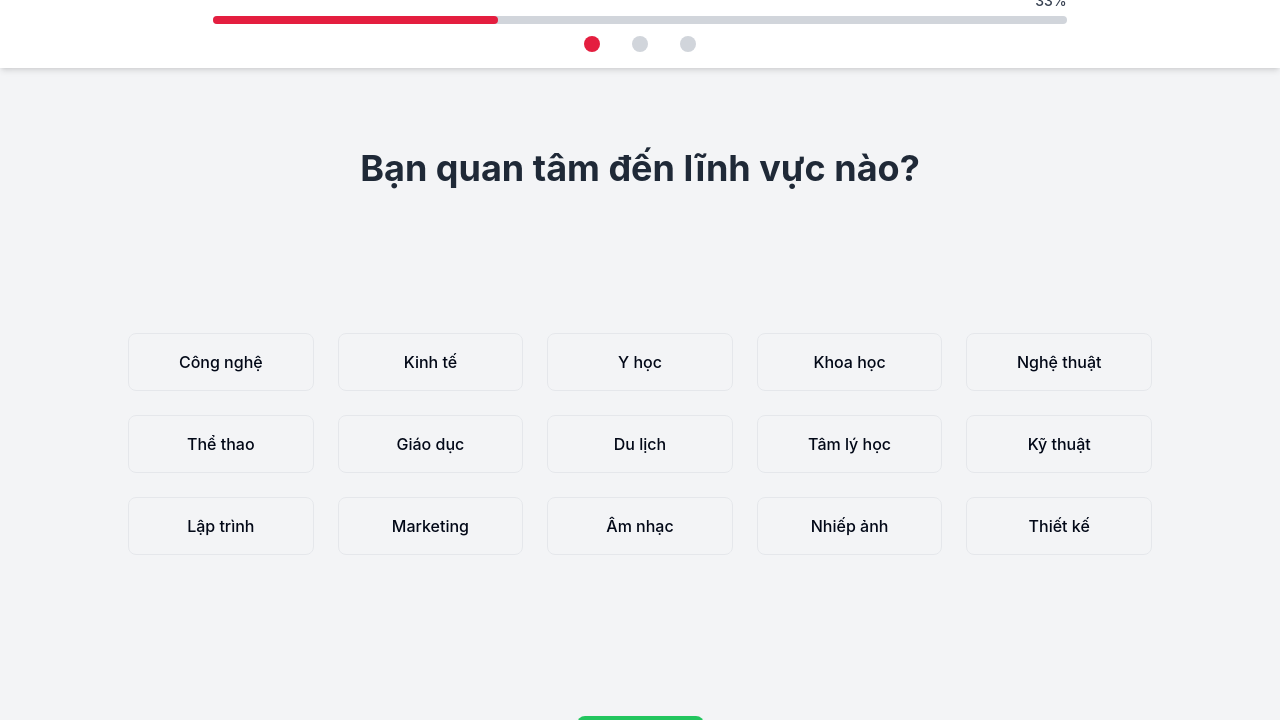
Repository: nguyenbathevien/KLTN
Page: /survey/step1 (app in FE/client/)
An editor plug-in stored every save of this project. The page is shown before and after the next save, followed by the edit.
The browser window is 1280 px wide. The pictures show the whole page.
The page's requests for data from a server got no answer. An inner scrolling area shows only its first screen. The project was rebuilt for these pictures with package versions that can differ from the ones it lists, and the page was loaded fresh each time. No one was signed in, and anything a server would have sent is missing. Also part of the build but not shown: FE/client/vite.config.js, FE/client/src/components/common/Header/Header.jsx, FE/client/src/components/common/Footer/Footer.jsx, FE/client/src/components/common/Layout/TeacherLayout.jsx, FE/client/src/pages/teacher/DashboardTeacher.jsx, FE/client/src/pages/teacher/CourseManagement.jsx, FE/client/src/pages/teacher/Statistics.jsx, FE/client/src/pages/teacher/Profile.jsx and 22 more.

Above is the page before, as saved 2025-03-14 09:11:51.

### FE/client/src/main.jsx
import { StrictMode } from "react";
import { createRoot } from "react-dom/client";
import "./index.css";
import App from "./App.jsx";
import "./auth.css";
import "./swiper.css";

createRoot(document.getElementById("root")).render(
  <StrictMode>
    <App />
  </StrictMode>
);

### FE/client/src/App.jsx
import { BrowserRouter as Router, Routes, Route } from "react-router-dom";
import TeacherRoutes from "./routes/TeacherRoutes";
import StudentRoutes from "./routes/StudentRoutes";
import PublicRoutes from "./routes/PublicRoutes";
import Verify from "./pages/auth/Verify";
import { ToastContainer } from "react-toastify";
import { AuthProvider } from "./contexts/AuthContext";
import ScrollToTop from "./components/common/Layout/ScrollToTop";

import SurveyRoutes from "./routes/SurveyRoutes";
// import PrivateRoute from "./routes/PrivateRoute";

function App() {
  return (
    <AuthProvider>
      <Router>
        <ScrollToTop />
        <Routes>
          {/* Route public */}
          <Route path="/*" element={<PublicRoutes />} />

          {/* Route dashboard student */}
          <Route path="/student/*" element={<StudentRoutes />} />

          <Route path="/verify" element={<Verify />} />
          <Route path="/survey/*" element={<SurveyRoutes />} />
          {/* Thêm route cho giảng viên với PrivateRoute */}
          <Route
            path="/instructor/*"
            element={
              // <PrivateRoute> dòng này để bảo vệ dashboard teacer phải đăng nhập thì mới vào được( giờ tạm tắt để css )
              <TeacherRoutes />
              // </PrivateRoute>
            }
          />
        </Routes>
      </Router>
      <ToastContainer />
    </AuthProvider>
  );
}

export default App;

### FE/client/src/auth.css
/* Auth Container */
.auth-container {
  @apply min-h-screen flex;
}

/* Auth Slider */
.auth-slider {
  @apply hidden lg:block lg:w-1/2 relative overflow-hidden bg-primary;
}

/* Auth Form Container */
.auth-form-container {
  @apply w-full lg:w-1/2 flex flex-col justify-center px-4 sm:px-6 lg:px-8 py-12 bg-background;
}

/* Auth Form Box */
.auth-form-box {
  @apply w-full max-w-md mx-auto bg-card p-8 rounded-sm shadow-sm;
}

/* Auth Title */
.auth-title {
  @apply text-2xl md:text-3xl font-bold text-foreground text-center mb-2;
}

/* Auth Subtitle */
.auth-subtitle {
  @apply text-sm text-accent text-center mb-8;
}

/* Form Input */
.form-input {
  @apply w-full px-4 py-2 border border-input rounded-sm
         focus:outline-none focus:ring-2 focus:ring-primary focus:border-transparent
         placeholder-accent/60;
}

/* Form Error */
.form-error {
  @apply text-destructive text-sm mt-1;
}

/* Social Buttons */
.btn-social {
  @apply w-full flex items-center justify-center px-4 py-2
         border border-input rounded-sm text-sm font-medium
         text-foreground bg-card hover:bg-secondary
         transition-colors duration-200;
}

/* Primary Button */
.btn-primary {
  @apply w-full px-4 py-2 bg-primary text-primary-foreground
         rounded-sm font-medium hover:bg-primary/90
         transition-colors duration-200
         disabled:opacity-50 disabled:cursor-not-allowed;
}

/* Divider */
.auth-divider {
  @apply relative my-6;
}

.auth-divider::before {
  content: "";
  @apply absolute inset-0 flex items-center;
}

.auth-divider::before {
  @apply w-full border-t border-input;
}

.auth-divider-text {
  @apply relative flex justify-center text-sm text-accent;
}

.auth-divider-text span {
  @apply px-2 bg-card;
}

/* Links */
.auth-link {
  @apply text-primary hover:text-primary/90 transition-colors duration-200;
}

/* Form Group */
.form-group {
  @apply space-y-1;
}

/* Terms Text */
.terms-text {
  @apply text-xs text-accent text-center mt-6;
}

/* Login Link Container */
.login-link-container {
  @apply text-center text-sm text-accent mt-6;
}

/* Slide Content */
.slide-content {
  @apply max-w-xl text-center px-4;
}

.slide-title {
  @apply text-2xl md:text-4xl font-bold text-white mb-4;
}

.slide-description {
  @apply text-base md:text-xl text-white/90;
}

/* Animation Classes */
.fade-in {
  @apply animate-fade-in;
}

.slide-up {
  @apply animate-slide-up;
}

/* Responsive Adjustments */
@screen sm {
  .auth-form-box {
    @apply p-10;
  }
}

@screen md {
  .auth-form-container {
    @apply px-8;
  }
}

@screen lg {
  .auth-form-container {
    @apply px-12;
  }
}
/* trang verify */
.text-primary {
  color: #e41e3f;
}

.bg-primary {
  background-color: #e41e3f;
}

.hover\:bg-primary\/90:hover {
  background-color: rgba(228, 30, 63, 0.9);
}

.border-primary {
  border-color: #e41e3f;
}

.bg-primary\/10 {
  background-color: rgba(228, 30, 63, 0.1);
}

/* Animation cho input khi focus */
@keyframes pulse {
  0% {
    box-shadow: 0 0 0 0 rgba(228, 30, 63, 0.4);
  }
  70% {
    box-shadow: 0 0 0 4px rgba(228, 30, 63, 0);
  }
  100% {
    box-shadow: 0 0 0 0 rgba(228, 30, 63, 0);
  }
}

input:focus {
  animation: pulse 1.5s infinite;
}
/* ----------------- */

### FE/client/src/contexts/AuthContext.jsx
import React, { createContext, useContext, useState, useEffect } from "react";
import { toast } from "react-toastify";
import { getCurrentUser, login, logout } from "../services/auth.services";

// Tạo AuthContext
const AuthContext = createContext();

// Provider quản lý xác thực
export const AuthProvider = ({ children }) => {
  const [user, setUser] = useState(null);
  const [loading, setLoading] = useState(true);

  // Gọi API login và cập nhật user
  const handleLogin = async (data) => {
    try {
      const userData = await login(data);
      setUser(userData);
    } catch (error) {
      console.error(error);
    }
  };

  // Gọi API logout
  const handleLogout = async () => {
    try {
      await logout();
      setUser(null);
    } catch (error) {
      console.error(error);
    }
  };

  // Lấy thông tin user khi load trang
  useEffect(() => {
    const fetchUser = async () => {
      try {
        const currentUser = await getCurrentUser();
        setUser(currentUser);
      } catch (error) {
        setUser(null);
      } finally {
        setLoading(false);
      }
    };

    fetchUser();
  }, []);

  return (
    <AuthContext.Provider value={{ user, loading, handleLogin, handleLogout }}>
      {children}
    </AuthContext.Provider>
  );
};

// Custom hook để sử dụng AuthContext
export const useAuth = () => {
  return useContext(AuthContext);
};

### FE/client/src/components/common/Layout/ScrollToTop.js
import { useEffect } from "react";
import { useLocation } from "react-router-dom";

const ScrollToTop = () => {
  const { pathname } = useLocation();

  useEffect(() => {
    window.scrollTo(0, 0, { behavior: "smooth" });
  }, [pathname]);

  return null;
};

export default ScrollToTop;

### FE/client/src/routes/SurveyRoutes.jsx
import { Route, Routes } from "react-router-dom";
import DashboardLayout from "../components/common/Layout/SurveyLayout";
import SurveyStep1 from "../pages/survay/SurveyStep1";
import SurveyStep2 from "../pages/survay/SurveyStep2";
import SurveyStep3 from "../pages/survay/SurveyStep3";

const SurveyRoutes = () => {
  return (
    <DashboardLayout>
      <Routes>
        <Route path="step1" element={<SurveyStep1 />} />
        <Route path="step2" element={<SurveyStep2 />} />
        <Route path="step3" element={<SurveyStep3 />} />
      </Routes>
    </DashboardLayout>
  );
};
export default SurveyRoutes;

### FE/client/src/services/auth.services.js
import { toast } from "react-toastify";
import http from "../../config/http";

export const login = async (data) => {
  try {
    const response = await http.post("/login", data);
    localStorage.setItem("token", response.data.data);
    toast.success("Login successfully", {
      autoClose: 1000,
      onClose: () => {
        window.location.href = "/";
      },
    });
    return response.data.data;
  } catch (error) {
    toast.error("Login failed", {
      autoClose: 1000,
    });
    throw error.response.data;
  }
};

export const register = async (data) => {
  try {
    await http.post("/user", data);
    toast.success("Register successfully", {
      autoClose: 1000,
      onClose: () => {
        window.location.href = "/login";
      },
    });
  } catch (error) {
    toast.error("Register failed", {
      autoClose: 1000,
    });
    throw error.response.data;
  }
};

export const logout = async () => {
  try {
    localStorage.removeItem("token");
    toast.success("Logout successfully", {
      autoClose: 1000,
      onClose: () => {
        window.location.href = "/";
      },
    });
  } catch (error) {
    toast.error("Logout failed", {
      autoClose: 1000,
    });
    throw error.response.data;
  }
};

export const getCurrentUser = async () => {
  try {
    const token = localStorage.getItem("token");
    if (!token) {
      return null;
    }
    const response = await http.get("/account", {
      headers: {
        Authorization: `Bearer ${token}`,
      },
    });
    return response.data.data;
  } catch (error) {
    throw error.response.data;
  }
};

### FE/client/src/components/common/Layout/SurveyLayout.jsx
import { Link, useLocation } from "react-router-dom";
import { motion } from "framer-motion";

const steps = [
  { id: 1, path: "/survey/step1" },
  { id: 2, path: "/survey/step2" },
  { id: 3, path: "/survey/step3" },
];

const DashboardLayout = ({ children }) => {
  const location = useLocation(); // Lấy URL hiện tại

  // Xác định bước hiện tại dựa trên pathname
  const currentStepIndex = steps.findIndex(
    (step) => step.path === location.pathname
  );
  const progressPercentage = ((currentStepIndex + 1) / steps.length) * 100; // Tính phần trăm hoàn thành

  return (
    <div className="flex flex-col h-screen bg-gray-100">
      {/* Thanh điều hướng ngang */}
      <nav className="w-full bg-white shadow-md flex flex-col items-center py-4">
        {/* Hiển thị tiến trình */}
        <div className="w-2/3 bg-gray-300 h-2 rounded-full mb-3 relative">
          <motion.div
            className="bg-primary h-2 rounded-full"
            initial={{ width: "0%" }}
            animate={{ width: `${progressPercentage}%` }}
            transition={{ duration: 0.5 }}
          />
          <span className="absolute right-0 top-[-25px] text-sm font-medium text-gray-700">
            {progressPercentage.toFixed(0)}%
          </span>
        </div>

        {/* Các bước khảo sát */}
        <div className="flex">
          {steps.map((step, index) => (
            <Link key={step.id} to={step.path} className="relative mx-4">
              <motion.div
                className={`w-4 h-4 rounded-full ${
                  location.pathname === step.path
                    ? "bg-primary"
                    : "bg-gray-300 hover:bg-blue-400"
                }`}
                whileHover={{ scale: 1.5 }}
                transition={{ duration: 0.3 }}
              />
            </Link>
          ))}
        </div>
      </nav>

      {/* Nội dung chính */}
      <motion.main
        initial={{ opacity: 0 }}
        animate={{ opacity: 1 }}
        transition={{ duration: 0.5 }}
        className="flex-1 p-8 overflow-auto"
      >
        {children}
      </motion.main>
    </div>
  );
};

export default DashboardLayout;

### FE/client/src/pages/survay/SurveyStep1.jsx
import { useState, useEffect } from "react";
import { useNavigate } from "react-router-dom";
import { motion } from "framer-motion";

const interestsList = [
  "Công nghệ",
  "Kinh tế",
  "Y học",
  "Khoa học",
  "Nghệ thuật",
  "Thể thao",
  "Giáo dục",
  "Du lịch",
  "Tâm lý học",
  "Kỹ thuật",
  "Lập trình",
  "Marketing",
  "Âm nhạc",
  "Nhiếp ảnh",
  "Thiết kế",
];

const SurveyStep1 = () => {
  const navigate = useNavigate();

  // Lấy dữ liệu từ localStorage (nếu có)
  const [interests, setInterests] = useState(() => {
    return JSON.parse(localStorage.getItem("interests")) || [];
  });

  useEffect(() => {
    localStorage.setItem("interests", JSON.stringify(interests));
  }, [interests]);

  const handleNext = () => navigate("/survey/step2");

  return (
    <div className="flex flex-col justify-between min-h-screen p-12">
      {/* Tiêu đề */}
      <h2 className="text-4xl font-bold text-gray-800 text-center mb-8">
        Bạn quan tâm đến lĩnh vực nào?
      </h2>

      {/* Danh sách lựa chọn */}
      <div className="grid grid-cols-2 sm:grid-cols-3 md:grid-cols-4 lg:grid-cols-5 gap-6 mx-auto w-full max-w-5xl">
        {interestsList.map((item) => (
          <motion.button
            key={item}
            whileTap={{ scale: 0.9 }}
            className={`p-4 border rounded-lg text-center font-medium transition duration-300 ${
              interests.includes(item)
                ? "bg-primary text-white shadow-lg"
                : "bg-gray-100 hover:bg-gray-200"
            }`}
            onClick={() =>
              setInterests((prev) =>
                prev.includes(item)
                  ? prev.filter((i) => i !== item)
                  : [...prev, item]
              )
            }
          >
            {item}
          </motion.button>
        ))}
      </div>

      {/* Nút Tiếp tục */}
      <div className="flex justify-center mt-12">
        <motion.button
          whileHover={{ scale: 1.1 }}
          whileTap={{ scale: 0.9 }}
          className="bg-green-500 text-white px-8 py-4 rounded-lg font-semibold shadow-md transition"
          onClick={handleNext}
        >
          Tiếp tục
        </motion.button>
      </div>
    </div>
  );
};

export default SurveyStep1;

### FE/client/config/http.js
import axios from "axios";

const http = axios.create({
  baseURL: import.meta.env.VITE_API_URL,
  withCredentials: true,
  headers: {
    "Content-Type": "application/json",
  },
});

// Add a request interceptor
http.interceptors.request.use(
  function (config) {
    // Do something before request is sent
    // For example, you can add authorization tokens here
    const token = localStorage.getItem("token");
    if (token) {
      config.headers.Authorization = `Bearer ${token}`;
    }
    return config;
  },
  function (error) {
    // Do something with request error
    return Promise.reject(error);
  }
);

// Add a response interceptor
http.interceptors.response.use(
  function (response) {
    // Any status code that lie within the range of 2xx cause this function to trigger
    // Do something with response data
    return response;
  },
  function (error) {
    // Any status codes that falls outside the range of 2xx cause this function to trigger
    // Do something with response error
    if (error.response && error.response.status === 401) {
      // Handle unauthorized errors, e.g., redirect to login
      localStorage.removeItem("token");
    }
    return Promise.reject(error);
  }
);

export default http;

### FE/client/tailwind.config.js
/** @type {import('tailwindcss').Config} */
export default {
  content: ["./index.html", "./src/**/*.{js,ts,jsx,tsx}"],
  theme: {
    extend: {
      colors: {
        primary: {
          DEFAULT: "#E11D48",
          foreground: "#FFFFFF",
        },
        secondary: {
          DEFAULT: "#F0F1F3",
          foreground: "#020817",
        },
        accent: {
          DEFAULT: "#6D7074",
          foreground: "#020817",
        },
        background: "#FAFAFB",
        foreground: "#020817",
        card: {
          DEFAULT: "#FFFFFF",
          foreground: "#020817",
        },
        popover: {
          DEFAULT: "#FFFFFF",
          foreground: "#020817",
        },
        muted: {
          DEFAULT: "#F0F1F3",
          foreground: "#6D7074",
        },
        destructive: {
          DEFAULT: "#FF4C4C",
          foreground: "#FFFFFF",
        },
        border: "#E0E0E0",
        input: "#E0E0E0",
        ring: "#E11D48",
        chart: {
          1: "#FF6F61",
          2: "#4CAF50",
          3: "#03A9F4",
          4: "#FFC107",
          5: "#8E44AD",
        },
        // Thêm màu cho form đăng ký
        form: {
          input: {
            DEFAULT: "#FFFFFF",
            border: "#E0E0E0",
            focus: "#E11D48",
            error: "#FF4C4C",
          },
          button: {
            social: {
              facebook: "#1877F2",
              google: "#DB4437",
              apple: "#000000",
            },
          },
        },
      },
      fontFamily: {
        sans: ["Inter", "sans-serif"],
      },
      fontSize: {
        heading: "28px",
        body: "16px",
        // Thêm kích thước font cho form
        form: {
          title: "2.25rem", // 36px
          subtitle: "1.125rem", // 18px
          input: "0.875rem", // 14px
          error: "0.75rem", // 12px
        },
      },
      fontWeight: {
        heading: "600",
        body: "400",
      },
      borderRadius: {
        sm: "0.125rem",
        // Thêm border radius cho form
        form: "0.5rem", // 8px
      },
      boxShadow: {
        sm: "0 1px 2px 0 rgb(0 0 0 / 0.05)",
        // Thêm shadow cho form
        form: "0 4px 6px -1px rgb(0 0 0 / 0.1), 0 2px 4px -2px rgb(0 0 0 / 0.1)",
        input: "0 1px 2px 0 rgb(0 0 0 / 0.05)",
      },
      spacing: {
        // Thêm spacing cho form
        form: {
          input: "0.75rem", // 12px
          gap: "1.5rem", // 24px
          padding: "2rem", // 32px
        },
      },
      animation: {
        // Thêm animation cho form
        "slide-up": "slideUp 0.3s ease-out",
        "fade-in": "fadeIn 0.3s ease-out",
      },
      keyframes: {
        slideUp: {
          "0%": { transform: "translateY(10px)", opacity: 0 },
          "100%": { transform: "translateY(0)", opacity: 1 },
        },
        fadeIn: {
          "0%": { opacity: 0 },
          "100%": { opacity: 1 },
        },
      },
    },
  },
  plugins: [],
  darkMode: "class",
};

Loaded but not shown: FE/client/index.html (common file); FE/client/src/index.css (common file)

After the next save:
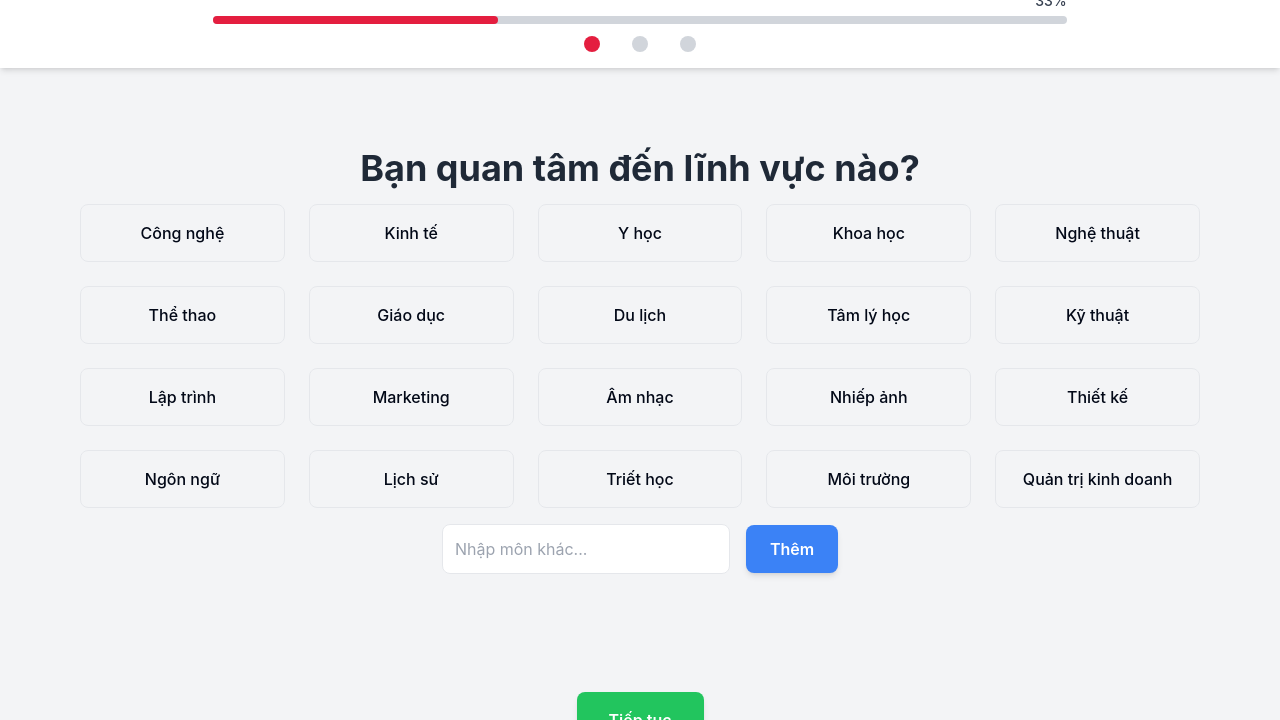
Saved 115 s later.
--- a/FE/client/src/pages/survay/SurveyStep1.jsx
+++ b/FE/client/src/pages/survay/SurveyStep1.jsx
@@ -18,15 +18,23 @@ const interestsList = [
   "Âm nhạc",
   "Nhiếp ảnh",
   "Thiết kế",
+  "Ngôn ngữ",
+  "Lịch sử",
+  "Triết học",
+  "Môi trường",
+  "Quản trị kinh doanh",
 ];
 
 const SurveyStep1 = () => {
   const navigate = useNavigate();
 
-  // Lấy dữ liệu từ localStorage (nếu có)
+  // Lấy dữ liệu từ localStorage
   const [interests, setInterests] = useState(() => {
     return JSON.parse(localStorage.getItem("interests")) || [];
   });
+
+  // Giá trị nhập vào của "Khác..."
+  const [customInterest, setCustomInterest] = useState("");
 
   useEffect(() => {
     localStorage.setItem("interests", JSON.stringify(interests));
@@ -35,14 +43,14 @@ const SurveyStep1 = () => {
   const handleNext = () => navigate("/survey/step2");
 
   return (
-    <div className="flex flex-col justify-between min-h-screen p-12">
+    <div className="flex flex-col justify-between h-screen p-12">
       {/* Tiêu đề */}
-      <h2 className="text-4xl font-bold text-gray-800 text-center mb-8">
+      <h2 className="text-4xl font-bold text-gray-800 text-center mb-4">
         Bạn quan tâm đến lĩnh vực nào?
       </h2>
 
       {/* Danh sách lựa chọn */}
-      <div className="grid grid-cols-2 sm:grid-cols-3 md:grid-cols-4 lg:grid-cols-5 gap-6 mx-auto w-full max-w-5xl">
+      <div className="grid grid-cols-2 sm:grid-cols-3 md:grid-cols-4 lg:grid-cols-5 gap-6 mx-auto w-full max-w-6xl">
         {interestsList.map((item) => (
           <motion.button
             key={item}
@@ -65,8 +73,32 @@ const SurveyStep1 = () => {
         ))}
       </div>
 
-      {/* Nút Tiếp tục */}
-      <div className="flex justify-center mt-12">
+      {/* Nhập môn học khác */}
+      <div className="flex items-center justify-center mt-4 space-x-4">
+        <input
+          type="text"
+          placeholder="Nhập môn khác..."
+          value={customInterest}
+          onChange={(e) => setCustomInterest(e.target.value)}
+          className="p-3 border rounded-lg w-72 focus:ring focus:ring-primary"
+        />
+        <motion.button
+          whileHover={{ scale: 1.1 }}
+          whileTap={{ scale: 0.9 }}
+          className="bg-blue-500 text-white px-6 py-3 rounded-lg font-semibold shadow-md transition"
+          onClick={() => {
+            if (customInterest.trim() && !interests.includes(customInterest)) {
+              setInterests([...interests, customInterest.trim()]);
+              setCustomInterest(""); // Reset input
+            }
+          }}
+        >
+          Thêm
+        </motion.button>
+      </div>
+
+      {/* Nút Tiếp tục luôn ở cuối */}
+      <div className="flex justify-center mt-auto pb-6">
         <motion.button
           whileHover={{ scale: 1.1 }}
           whileTap={{ scale: 0.9 }}
